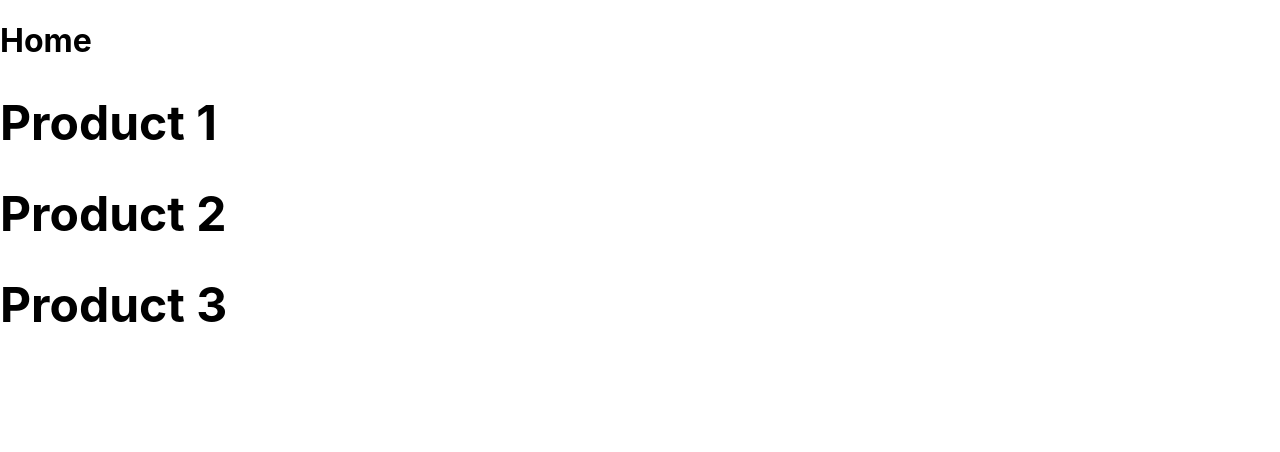
Repository: OmniaRafat232111121/NextJsTutrials
Page: /product
The author's editor kept a copy of each file at every save. The page is drawn from the files as they stood at one save, then again after a run of saves.
The browser window is 1280 px wide. The pictures show the whole page.
The project was rebuilt for these pictures with package versions that can differ from the ones it lists, and the page was loaded fresh each time. The framework's server and built-in components were replaced by stand-ins that run in the browser. Also part of the build but not shown: next.config.js.

Above is the page before, as saved 2022-11-13 12:38:00.

### pages/product/index.js
import Link from 'next/link'
import React from 'react'

const productList = ({productId=20}) => {
  return (
    <>
      <Link href="/">
        <h1>Home</h1>
      </Link>
      <h2>
        <Link href="/product/1">
          <h1>Product 1</h1>
        </Link>
      </h2>
          <h2>
        <Link href="/product/2">
          <h1>Product 2</h1>
        </Link>
      </h2>
                <h2>
        <Link href="/product/3">
          <h1>Product 3</h1>
        </Link>
      </h2>


    </>
  )
}

export default productList

### styles/globals.css
html,
body {
  padding: 0;
  margin: 0;
  font-family: -apple-system, BlinkMacSystemFont, Segoe UI, Roboto, Oxygen,
    Ubuntu, Cantarell, Fira Sans, Droid Sans, Helvetica Neue, sans-serif;
}

a {
  color: inherit;
  text-decoration: none;

}

* {
  box-sizing: border-box;
}

Loaded but not shown: pages/_app.js (common file)

After the next 14 saves:
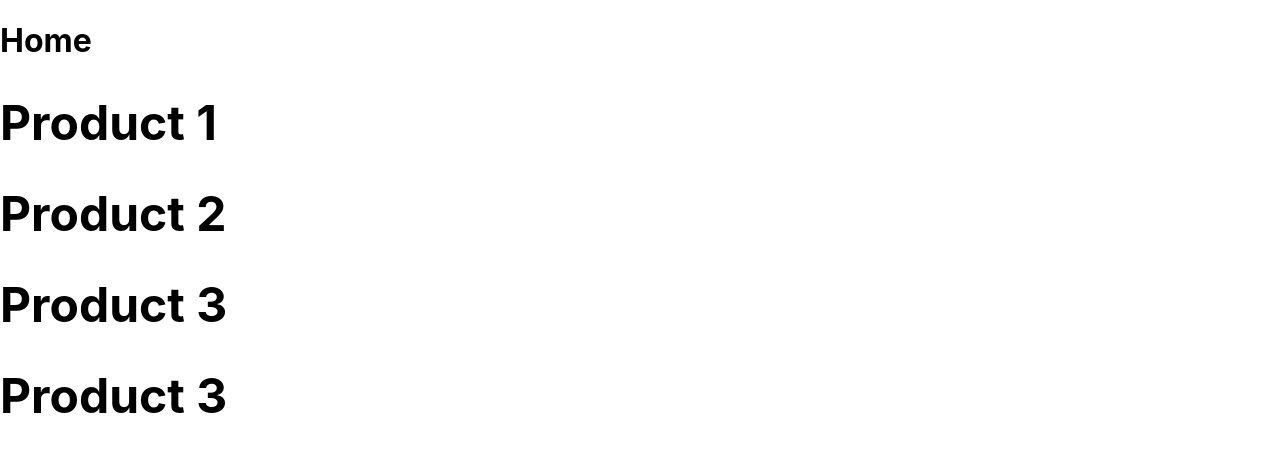
The 14 saves are shown as one change because 1 did not build or start and some came seconds apart.
The last was saved 50 s later.
--- a/pages/product/index.js
+++ b/pages/product/index.js
@@ -22,6 +22,11 @@ const productList = ({productId=20}) => {
           <h1>Product 3</h1>
         </Link>
       </h2>
+             <h2>
+        <Link href={`/product/${productId}`}>
+          <h1>Product 3</h1>
+        </Link>
+      </h2>
 
 
     </>
